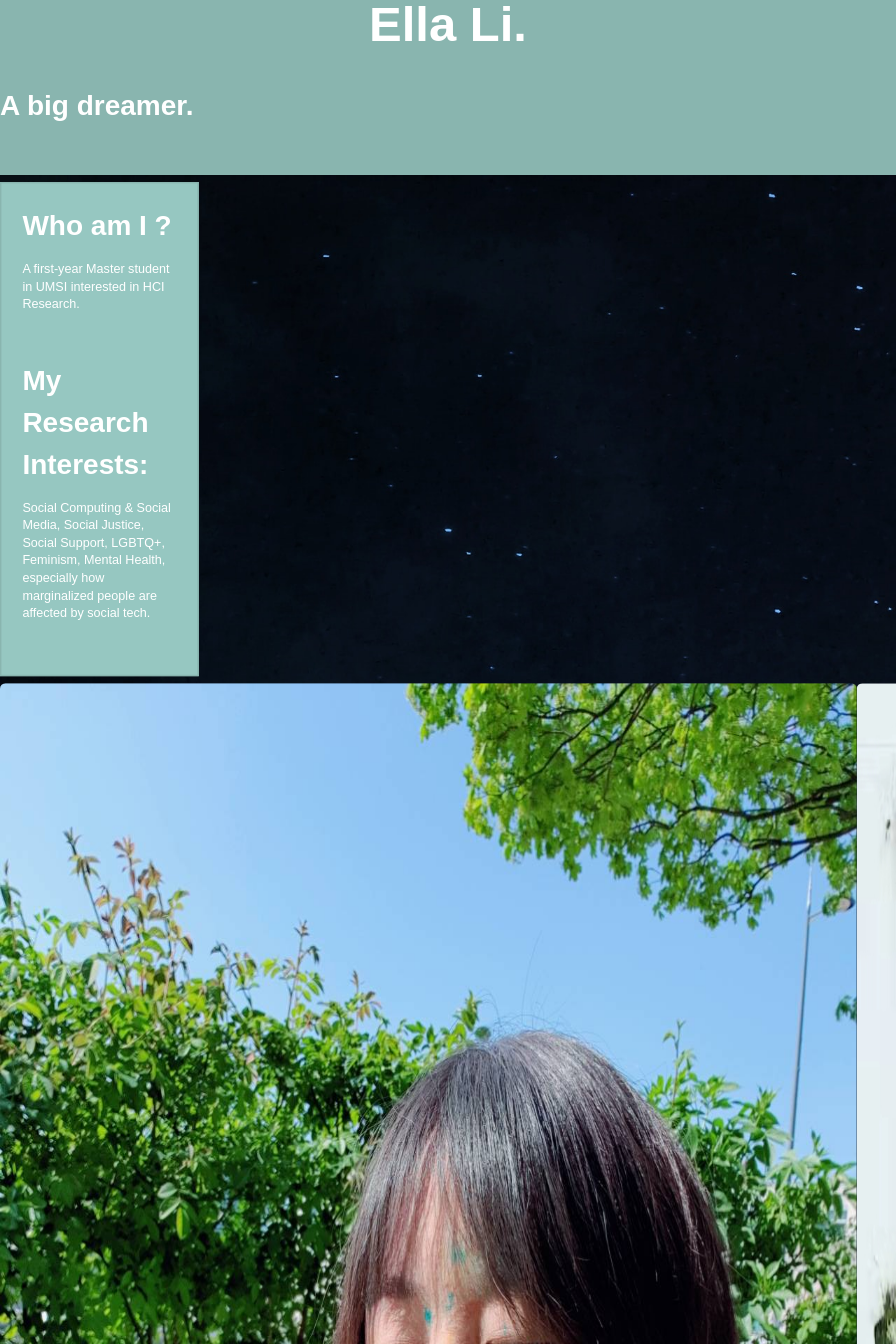
Repository: jiaqili0803/SI_539
Page: project/about.html
The author's editor kept a copy of each file at every save. The page is drawn from the files as they stood at one save, then again after a run of saves.
The browser window is 1280 px wide. The pictures show the part of the page from y = 350 to 2270 px (the page is 3702 px tall), at 70% of full size.
Backgrounds fixed to the window are drawn as part of the page.

Above is the page before, as saved 2021-12-10 17:09:53.

After the next 2 saves:
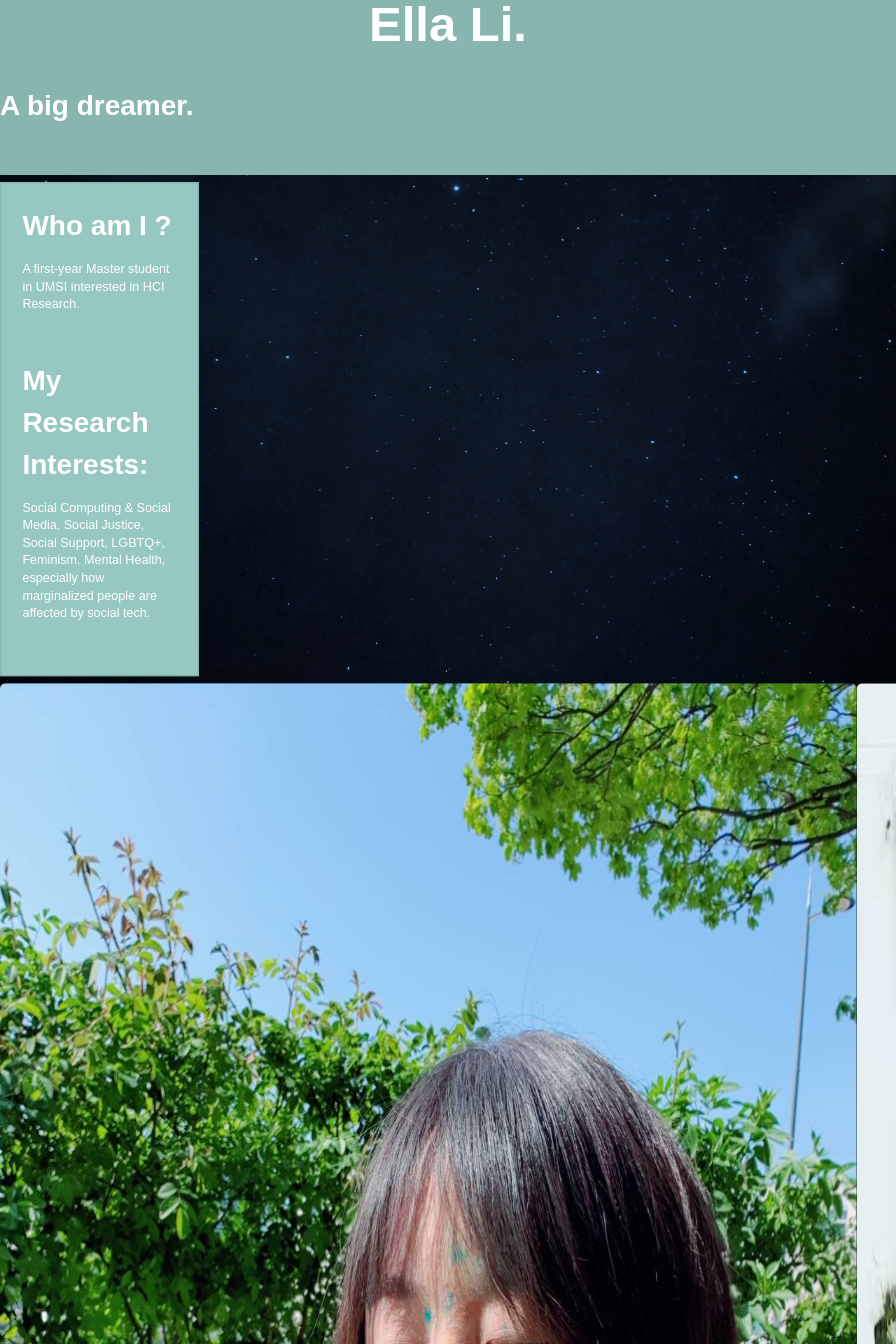
The 2 saves are shown as one change because they came seconds apart.
The last was saved 12 s later.
--- a/project/css/style.css
+++ b/project/css/style.css
@@ -7,6 +7,9 @@ body{
   padding: 0;
   height: 100%;
   font-family: "Comic Sans MS", sans-serif;
+
+  background-attachment: fixed;
+  background-size: cover;
 
 }
 
